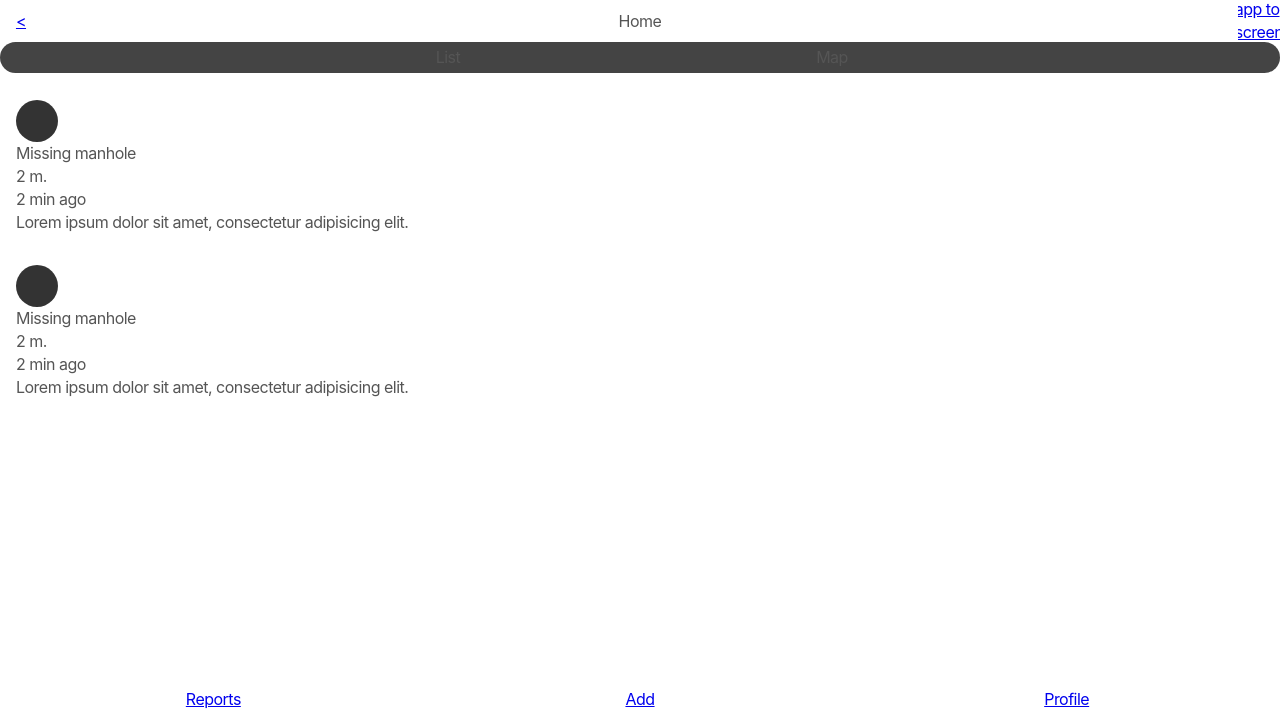
Repository: aleksandrenko/html-css-playground
Page: reports.html
These files come from the project's save history. The page is drawn as it stood at one moment and after the next save; the edit follows.
The browser window is 1280 px wide. The pictures show the whole page.

Above is the page before, as saved 2018-01-19 17:04:21.

### reports.html
<!DOCTYPE html>
<html lang="en">
<head>
  <meta charset="UTF-8">
  <meta name="viewport" content="width=device-width, initial-scale=1">
  <link rel="stylesheet" href="./css/shared.css">
  <link rel="stylesheet" href="./css/pages/reports.css">
</head>
<body>

<app>
  <header>
    <left>
      <history-control>
        <a href="#"><</a>
      </history-control>
    </left>
    <middle>
      <page-name>Home</page-name>
    </middle>
    <right>
      <context-menu>
        <a href="#">About</a>
        <a href="#">Add app to screen</a>
        <a href="#">Terms of use</a>
      </context-menu>
    </right>
  </header>
  <sub-header>
    <views>
      <view selected>List</view>
      <view>Map</view>
    </views>
  </sub-header>
  <main>
    <reports>
      <report>
        <picture>
          <img src="#" alt="">
        </picture>
        <name>Missing manhole</name>
        <distance>2 m.</distance>
        <date>2 min ago</date>
        <comment>Lorem ipsum dolor sit amet, consectetur adipisicing elit.</comment>
      </report>
      <report>
        <picture>
          <img src="#" alt="">
        </picture>
        <name>Missing manhole</name>
        <distance>2 m.</distance>
        <date>2 min ago</date>
        <comment>Lorem ipsum dolor sit amet, consectetur adipisicing elit.</comment>
      </report>
    </reports>

  </main>
  <footer>
    <nav>
      <a href="#">Reports</a>
      <a href="#">Add</a>
      <a href="profile.html">Profile</a>
    </nav>
  </footer>
</app>

</body>
</html>

### css/shared.css
@import "config.css";
@import "reset.css";
@import "global.css";

@import "debug.css";

@import "layout.css";

### css/pages/reports.css
reports {
  display: flex;
  flex-direction: column;
}

reports report {
  display: flex;
  flex-direction: column;
  padding: 1rem;
}

reports report picture {
  width: 42px;
  height: 42px;
  border-radius: 50%;
  background: #333;
}

sub-header views {
  display: flex;
  flex-direction: row;
  justify-content: center;
  border-radius: 1rem;
  background: #444;
}

sub-header views view {
  padding: 0.25rem;
  width: 30%;
  text-align: center;
}

### css/config.css
:root {
    --header-height: 42px;
    --footer-height: 42px;

    --min-width: 320px;
    --min-height: 460px;

    --text-global-color: #555;
    --text-global-font: "SF Pro Display", "SF Pro Icons", "Helvetica Neue", "Helvetica", "Roboto", "Arial" ,sans-serif;
}

### css/reset.css
html, body, div, span,
h1, h2, h3, h4, h5, h6, p,
a, abbr, acronym, address, img,
small, strike, strong,
b, u, i, center, ol, ul, li,
fieldset, form, label, footer, header,
menu, nav, section {
    margin: 0;
    padding: 0;
    border: 0;
    font-size: 100%;
    font: inherit;
    vertical-align: baseline;
}
/* HTML5 display-role reset for older browsers */
article, aside, details, figcaption, figure,
footer, header, hgroup, menu, nav, section {
    display: block;
}
body {
    line-height: 1;
}
ol, ul {
    list-style: none;
}

### css/global.css
body {
    min-height: var(--min-height);
    min-width: var(--min-width);

    overflow-x: hidden;
    -webkit-font-smoothing: antialiased;
    text-rendering: optimizeLegibility;
    font-size: 100%;
    line-height: 1.428571429;
    letter-spacing: -.032em;
}

* {
    box-sizing: border-box;
    display: block;
}

app {
    font-family: var(--text-global-font);
    color: var(--text-global-color);
    background: white;
    overflow-x: hidden;
}

### css/debug.css
body * {
  /* border: solid 1px rgba(0,0,0,0.2); */
}

### css/layout.css
app {
  display: flex;
  flex-direction: column;
  position: fixed;
  top: 0;
  bottom: 0;
  left: 0;
  right: 0;
}

/* app header */

app header {
  display: flex;
  height: 42px;
}

app header left {
  width: 42px;
}

app header > * {
  display: flex;
  justify-content: center;
  align-items: center;
  overflow: hidden;
}

app header middle {
  flex: 1;
}

app header middle page-name {
  text-align: center;
  white-space: nowrap;
  max-width: 90%;
  text-overflow: ellipsis;
  overflow: hidden;
}

app header right {
  width: 42px;
}

/* app sub-header */

app sub-header {
  height: 42px;
}

/* app main */

app main {
  flex: 1;
  position: relative;
  overflow: hidden;
}

/* app footer */

app footer {
  height: 42px;
  position: relative;
}

app footer nav {
  display: flex;
  flex-direction: row;
  height: 100%;
  align-items: center;
}

app footer nav a {
  flex: 1;
  text-align: center;
}

After the next save:
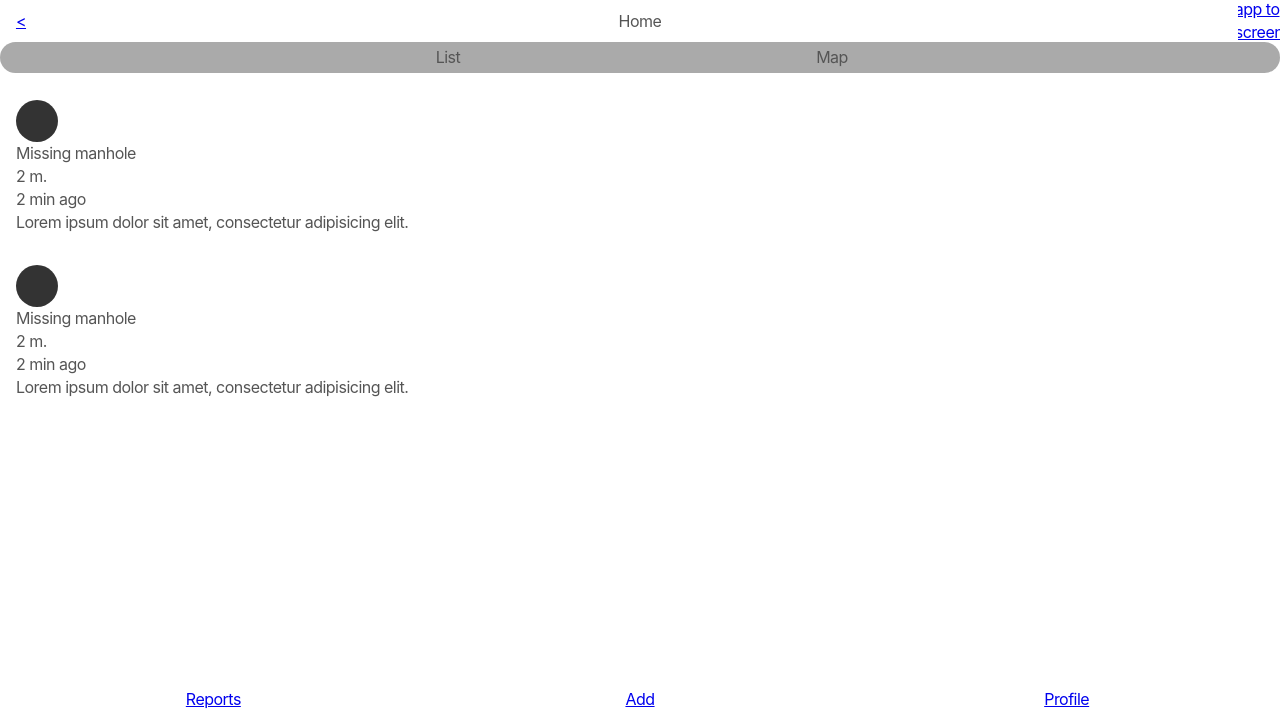
Saved 13 s later.
--- a/css/pages/reports.css
+++ b/css/pages/reports.css
@@ -21,7 +21,7 @@ sub-header views {
   flex-direction: row;
   justify-content: center;
   border-radius: 1rem;
-  background: #444;
+  background: #aaa;
 }
 
 sub-header views view {
